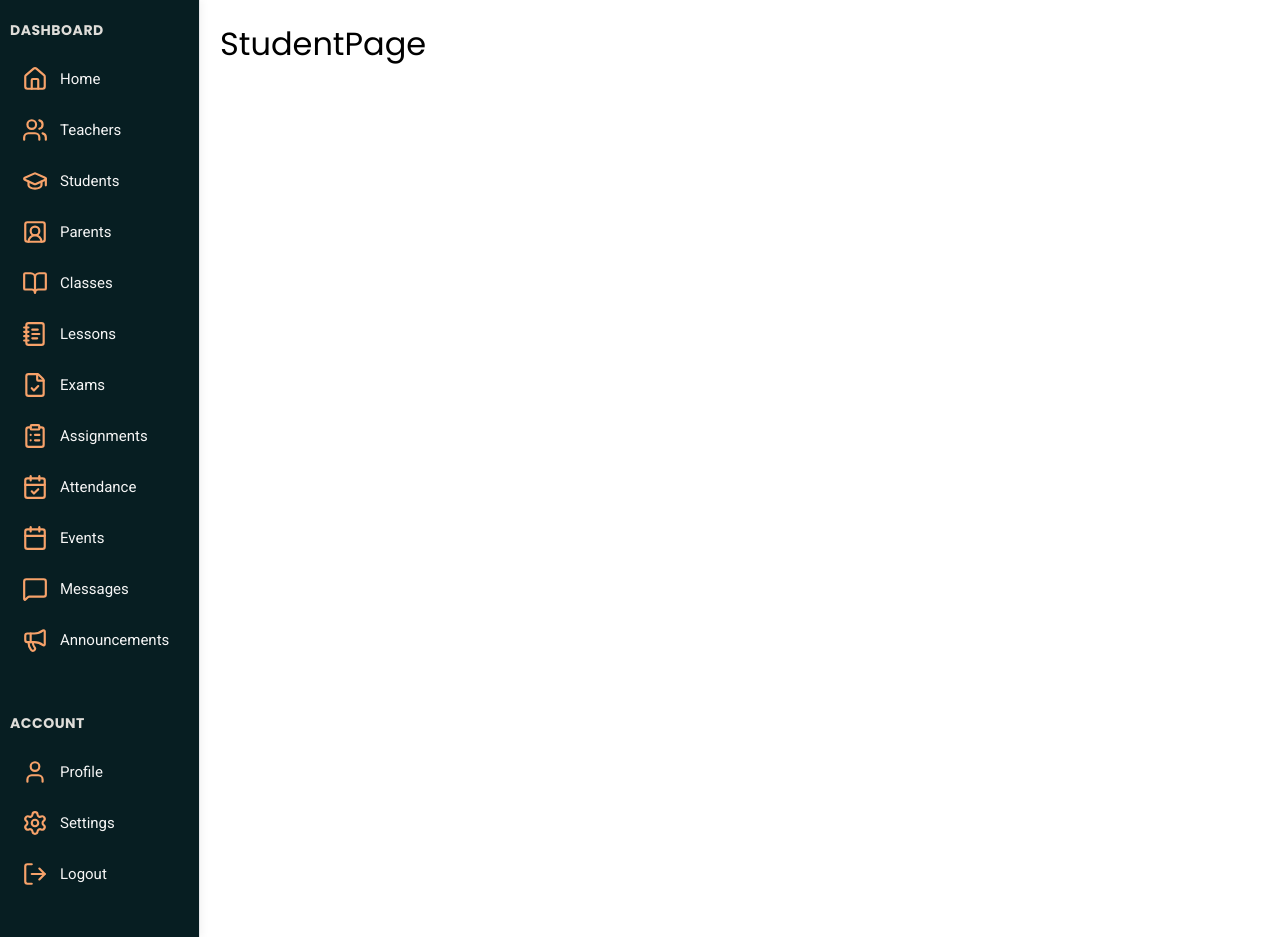
Repository: GlorifiedIntel/student-portal
Page: /student
The author's editor kept a copy of each file at every save. The page is drawn from the files as they stood at one save, then again after the next save.
The browser window is 1280 px wide. The pictures show the whole page.
The project was rebuilt for these pictures with package versions that can differ from the ones it lists, and the page was loaded fresh each time. The framework's server and built-in components were replaced by stand-ins that run in the browser. Also part of the build but not shown: next.config.mjs.

Above is the page before, as saved 2025-08-21 17:11:54.

### src/app/layout.js
import { Play, Poppins, Roboto } from "next/font/google";
import "./globals.css";

const play = Play({
  variable: "--font-play",
  subsets: ["latin"],
  weight: ["400", "700"], // available weights
});

const poppins = Poppins({
  variable: "--font-poppins",
  subsets: ["latin"],
  weight: ["100", "200", "300", "400", "500", "600", "700", "800", "900"],
});

const roboto = Roboto({
  variable: "--font-roboto",
  subsets: ["latin"],
  weight: ["100", "300", "400", "500", "700", "900"],
});

export const metadata = {
  title: "Create Next App",
  description: "Generated by create next app",
};

export default function RootLayout({ children }) {
  return (
    <html lang="en">
      <body className={`${roboto.variable} ${poppins.variable} ${play.variable} antialiased`}>
       {children}
      </body>
    </html>
  );
}

### src/app/(dashboard)/layout.jsx
import Menu from "@/components/Menu";
import styles from "./Layout.module.css";

export default function DashboardLayout({ children }) {
  return (
    <div className={styles.dashboardlayout}>
      <Menu />
      <main className={styles.dashboardcontent}>{children}</main>
    </div>
  );
}

### src/app/(dashboard)/student/page.jsx
import React from 'react'

const StudentPage = () => {
  return (
    <div><h1>StudentPage</h1></div>
  )
}

export default StudentPage

### src/app/globals.css
@import "tailwindcss";


html, body {
  height: 100%;
  margin: 0;
  padding: 0;
   font-family: var(--font-roboto), sans-serif;
}

h1, h2, h3 {
  font-family: var(--font-poppins), sans-serif;
}

.special-text {
  font-family: var(--font-play), serif;
}


#__next, #root {
  height: 100%;
}

h1 {
  font-size: 2rem;
  margin-bottom: 1rem;
}

### src/components/Menu.jsx
"use client";

import Link from "next/link";
import {
  Home,
  Users,
  GraduationCap,
  UserSquare2,
  BookOpen,
  NotebookText,
  FileCheck,
  ClipboardList,
  CalendarCheck,
  Calendar,
  MessageSquare,
  Megaphone,
  User,
  Settings,
  LogOut,
} from "lucide-react";
import styles from "./Menu.module.css";  // ✅ Corrected import

const menuItems = [
  {
    title: "DASHBOARD",
    items: [
      { icon: Home, label: "Home", href: "/" },
      { icon: Users, label: "Teachers", href: "/teachers" },
      { icon: GraduationCap, label: "Students", href: "/students" },
      { icon: UserSquare2, label: "Parents", href: "/parents" },
      { icon: BookOpen, label: "Classes", href: "/classes" },
      { icon: NotebookText, label: "Lessons", href: "/lessons" },
      { icon: FileCheck, label: "Exams", href: "/exams" },
      { icon: ClipboardList, label: "Assignments", href: "/assignments" },
      { icon: CalendarCheck, label: "Attendance", href: "/attendance" },
      { icon: Calendar, label: "Events", href: "/events" },
      { icon: MessageSquare, label: "Messages", href: "/messages" },
      { icon: Megaphone, label: "Announcements", href: "/announcements" },
    ],
  },
  {
    title: "ACCOUNT",
    items: [
      { icon: User, label: "Profile", href: "/profile" },
      { icon: Settings, label: "Settings", href: "/settings" },
      { icon: LogOut, label: "Logout", href: "/logout" },
    ],
  },
];

const Menu = () => {
  return (
    <div className={styles.menu}>
      {menuItems.map((section) => (
        <div className={styles["menu-section"]} key={section.title}>
          <span className={styles["menu-title"]}>{section.title}</span>
          {section.items.map((item) => (
            <Link href={item.href} key={item.label} className={styles["menu-link"]}>
              <item.icon size={26} className={styles["menu-icon"]} />
              <span>{item.label}</span>
            </Link>
          ))}
        </div>
      ))}
    </div>
  );
};

export default Menu;

### src/app/(dashboard)/Layout.module.css
.dashboardlayout {
  display: flex;
  min-height: 100vh;
}


.dashboardcontent {
  flex: 1;
  overflow-y: auto;
  padding: 20px;
}

### src/components/Menu.module.css
.menu {
  width: 200px;
  background-color: #071E22;
  border-right: 1px solid #e5e7eb;
  padding: 20px 10px;
  display: flex;
  flex-direction: column;
  gap: 30px;
  min-height: 100vh;
  box-shadow: 2px 0 8px rgba(0, 0, 0, 0.05);
  transition: all 0.3s ease-in-out;
  position: sticky;
  top: 0;
}

.menu-section {
  display: flex;
  flex-direction: column;
  gap: 5px;
  margin-bottom: 20px;
}

.menu-title {
  font-size: 14px;
  font-weight: 700;
  color: #dfddd9;
  text-transform: uppercase;
  margin-bottom: 10px;
  letter-spacing: 0.5px;
  font-family: Poppins, sans-serif;
}

.menu-link {
  display: flex;
  align-items: center;
  gap: 12px;
  padding: 10px 12px;
  text-decoration: none;
  color: whitesmoke;
  font-size: 15px;
  border-radius: 8px;
  transition: background 0.2s ease, color 0.2s ease;
}

.menu-link:hover {
  background-color: #f3f4f6;
  color: #1f2937;
}

.menu-icon {
  color: #f7a26a;
  transition: color 0.2s ease;
}

.menu-link:hover .menu-icon {
  color: #2563eb;
}

.menu-link span {
  flex: 1;
}

/* Active link style (optional) */
.menu-link.active {
  background-color: #e0e7ff;
  color: #1e3a8a;
}

.menu-link.active .menu-icon {
  color: #1e3a8a;
}

/* Responsive sidebar */
@media (max-width: 768px) {
  .menu {
    width: 100%;
    flex-direction: row;
    min-height: auto;
    border-right: none;
    border-bottom: 1px solid #e5e7eb;
    padding: 10px;
    gap: 20px;
    overflow-x: auto;
  }

  .menu-section {
    flex-direction: row;
    gap: 20px;
  }

  .menu-title {
    display: none;
  }

  .menu-link span {
    display: none;
  }

  .menu-link {
    padding: 8px;
    justify-content: center;
  }
}

After the next save:
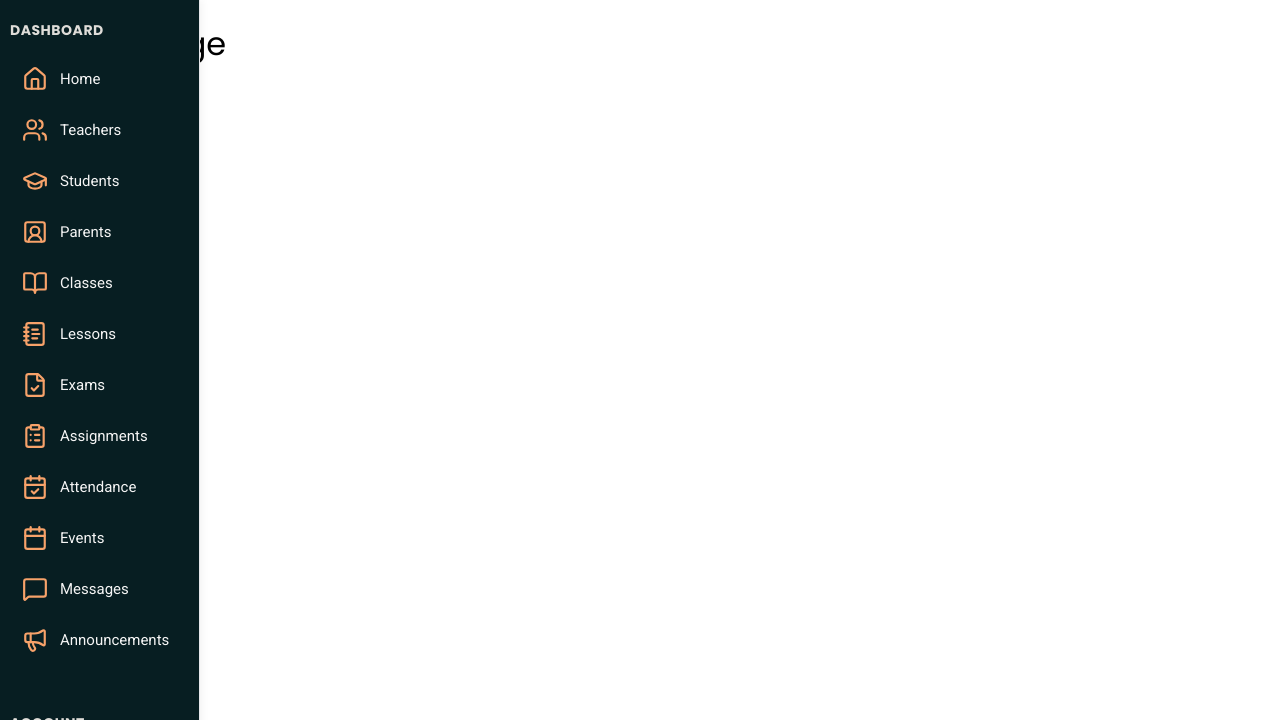
Saved 9 min 25 s later.
--- a/src/components/Menu.module.css
+++ b/src/components/Menu.module.css
@@ -9,7 +9,7 @@
   min-height: 100vh;
   box-shadow: 2px 0 8px rgba(0, 0, 0, 0.05);
   transition: all 0.3s ease-in-out;
-  position: sticky;
+  position: fixed;
   top: 0;
 }
 

After the 2 saves that followed:
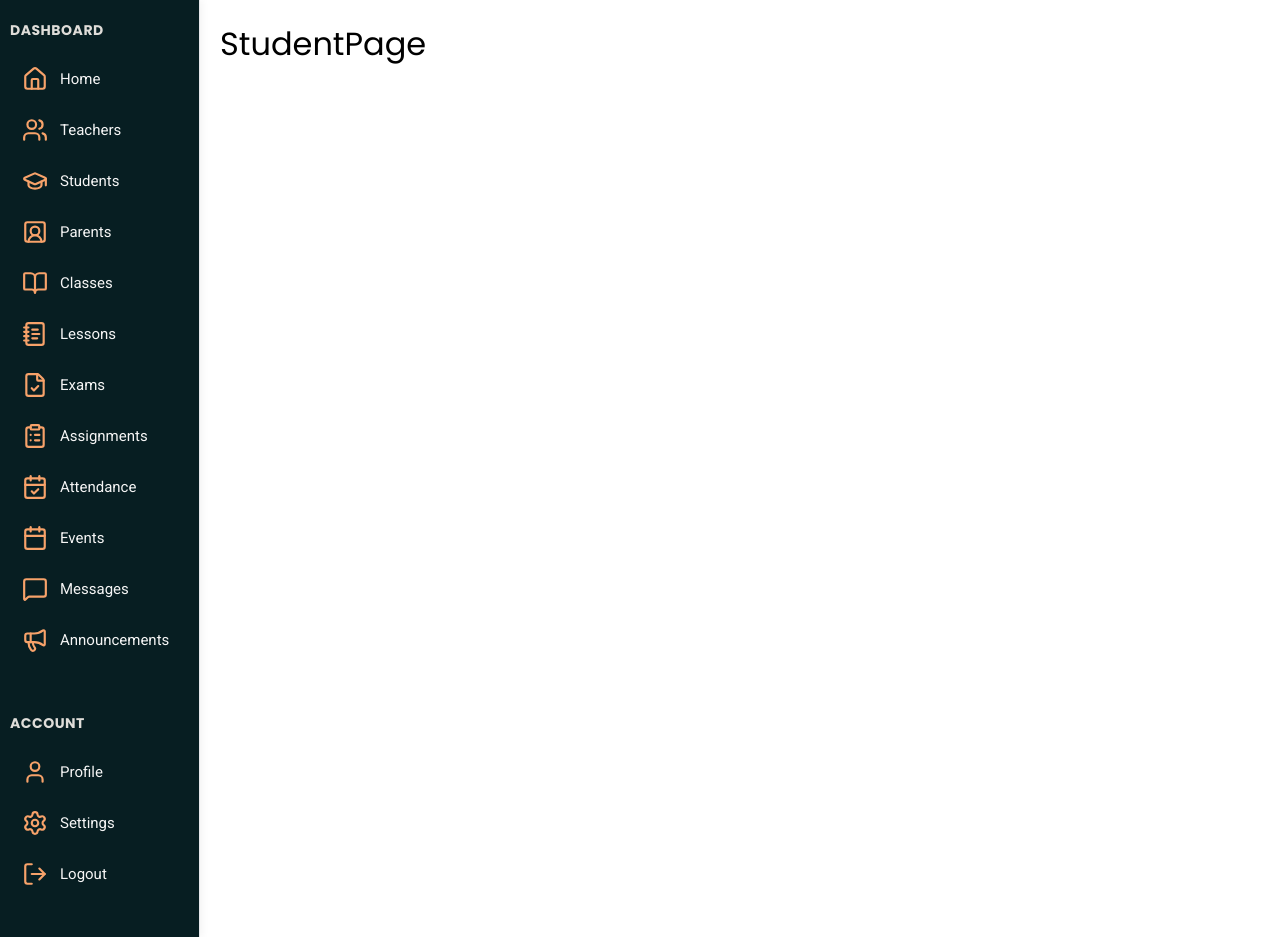
The 2 saves are shown as one change because 1 left the picture as it was.
The last was saved 2 min 0 s later.
--- a/src/app/(dashboard)/Layout.module.css
+++ b/src/app/(dashboard)/Layout.module.css
@@ -6,6 +6,7 @@
 
 .dashboardcontent {
   flex: 1;
+  height: 100vh;
   overflow-y: auto;
   padding: 20px;
 }
--- a/src/components/Menu.module.css
+++ b/src/components/Menu.module.css
@@ -9,7 +9,6 @@
   min-height: 100vh;
   box-shadow: 2px 0 8px rgba(0, 0, 0, 0.05);
   transition: all 0.3s ease-in-out;
-  position: fixed;
   top: 0;
 }
 
